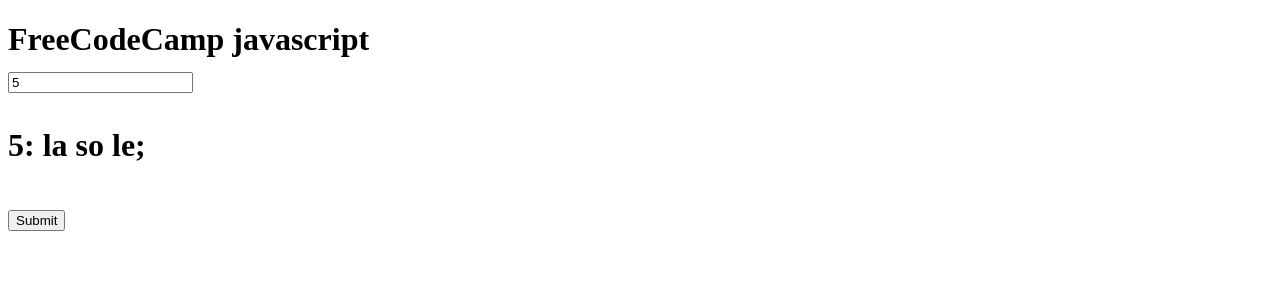
Repository: cuongcay/Clone_YB
Page: FreeCodeCamp.html
An editor plug-in stored every save of this project. The page is shown before and after the next save, followed by the edit.
The browser window is 1280 px wide. The pictures show the whole page.
Empty fields were first filled with sample values (such as "Sample", 5 or name@example.com).
After loading, the first visible `#submit` was clicked once.

Above is the page before, as saved 2022-08-02 15:58:05.

After the next save:
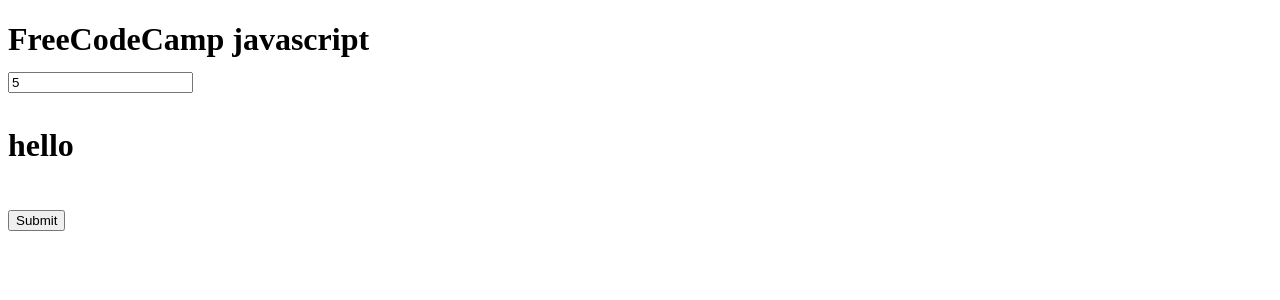
Saved 27 s later.
--- a/FreeCodeCamp.js
+++ b/FreeCodeCamp.js
@@ -6,11 +6,5 @@
 
     const mod = input%2;
 
-    if(mod ===1){
-        hello.innerHTML = `
-            ${input}: la so le;`;
-    }else{
-        hello.innerHTML = `
-        ${input} : la so chan`;
-    }
+
 }
